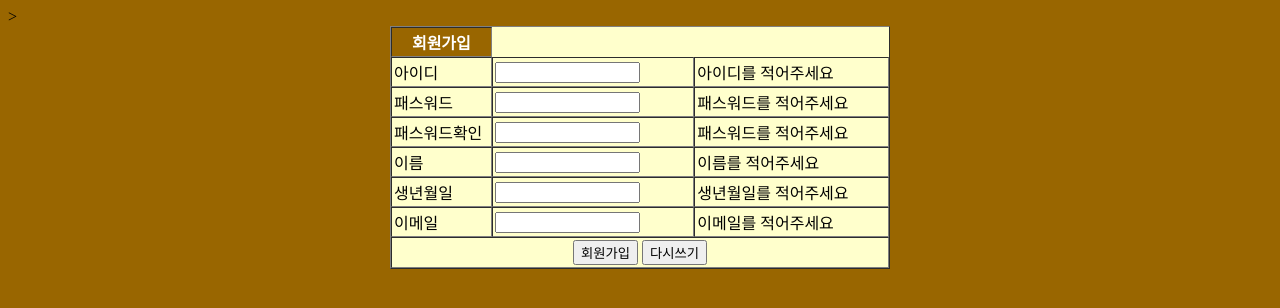
Repository: kimwoongasd/JSPAndServlet
Page: http://localhost/day1226/member.jsp
The author's editor kept a copy of each file at every save. The page is drawn from the files as they stood at one save, then again after the next save.
The browser window is 1280 px wide. The pictures show the whole page.
The page is served by Tomcat 9. Other server files are loaded and not shown.

Above is the page before, as saved 2023-12-26 01:01:15.

### day1226/src/main/webapp/member.jsp
<%@ page language="java" contentType="text/html; charset=UTF-8"
    pageEncoding="UTF-8"%>
<!DOCTYPE html>
<html>
<head>
<meta charset="UTF-8">
<title>Insert title here</title>
<link rel="" href="">
</head>
<body bgcolor="#996600">
	<table width="500" align="center" cellpadding="0" cellspacing="0">
		<tr>
			<td align="center" valign="middle" bgcolor="#ffffcc">
				<table border="1" cellpadding="2" cellspacing="0" align="center">
					<form name="regForm" method="post" action="memberProc.jsp">
						<tr align="center" bgcolor="#996600">
							<td>
								<font color="#ffffff"><b>회원가입</b></font>
							</td>
						</tr>
						<tr>
							<td width="100">아이디</td>
							<td width="200">
								<input type="text" name="id" size="15">
							</td>
							<td width="200">아이디를 적어주세요</td>
						</tr>

						<tr>
							<td width="100">패스워드</td>
							<td width="200">
								<input type="password" name="pwd" size="15">
							</td>
							<td width="200">패스워드를 적어주세요</td>
						</tr>
						<tr>
							<td width="100">패스워드확인</td>
							<td width="200">
								<input type="password" name="pwd" size="15">
							</td>
							<td width="200">패스워드를 적어주세요</td>
						</tr>
						<tr>
							<td width="100">이름</td>
							<td width="200">
								<input type="text" name="name" size="15">
							</td>
							<td width="200">이름를 적어주세요</td>
						</tr>
						<tr>
							<td width="100">생년월일</td>
							<td width="200">
								<input type="text" name="birth" size="15">
							</td>
							<td width="200">생년월일를 적어주세요</td>
						</tr>
						<tr>
							<td width="100">이메일</td>
							<td width="200">
								<input type="email" name="email" size="15">
							</td>
							<td width="200">이메일를 적어주세요</td>
						</tr>
						<tr>
							<td colspan="3" align="center">
								<input type="button" value="회원가입" onclick="inputCheck()">
								<input type="reset" value="다시쓰기">
							</td>
						</tr>
					</form>
				</table>
			</td>
		</tr>>
	</table>
</body>
</html>

### day1226/src/main/webapp/style.css
body{
	font-size: 9pt;
	color: black;
	line-height: 160%;
	font-family: 굴림;
}

td{
	font-size: 9pt;
	color: black;
	line-height: 160%;
	font-family: 굴림;
}

select{
	font-size: 9pt;
	color: black;
	line-height: 160%;
	font-family: 굴림;
}

div{
	font-size: 9pt;
	color: black;
	line-height: 160%;
	font-family: 굴림;
}

form{
	font-size: 9pt;
	color: black;
	line-height: 160%;
	font-family: 굴림;
}

textarea{
	border-right: 1px solid #999999;
	border-top: 1px solid #999999;
	border-left: 1px solid #999999;
	border-bottom: 1px solid #999999;
	font-size: 9pt;
	font-family: 굴림;
	background-color: white;
}

input{
	border-right: 1px solid #999999;
	border-top: 1px solid #999999;
	border-left: 1px solid #999999;
	border-bottom: 1px solid #999999;
	font-size: 9pt;
	font-family: 굴림;
	background-color: white;
	height: 19px;
}

a:link{
	text-decoration: none;
	color: #696969;
}

a:hover{
	text-decoration: yes;
	color: #66ccff;
}

a:visited{
	text-decoration: none;
	color: #330066;
}

After the next save:
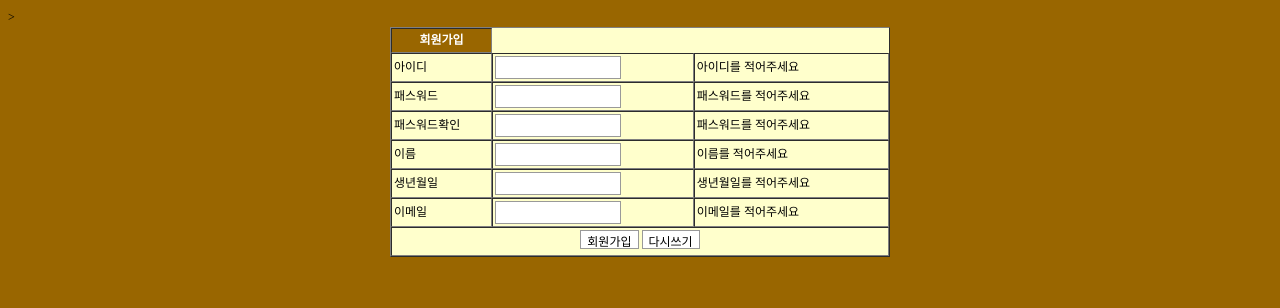
Saved 14 s later.
--- a/day1226/src/main/webapp/member.jsp
+++ b/day1226/src/main/webapp/member.jsp
@@ -5,7 +5,7 @@
 <head>
 <meta charset="UTF-8">
 <title>Insert title here</title>
-<link rel="" href="">
+<link rel="stylesheet" href="style.css">
 </head>
 <body bgcolor="#996600">
 	<table width="500" align="center" cellpadding="0" cellspacing="0">
